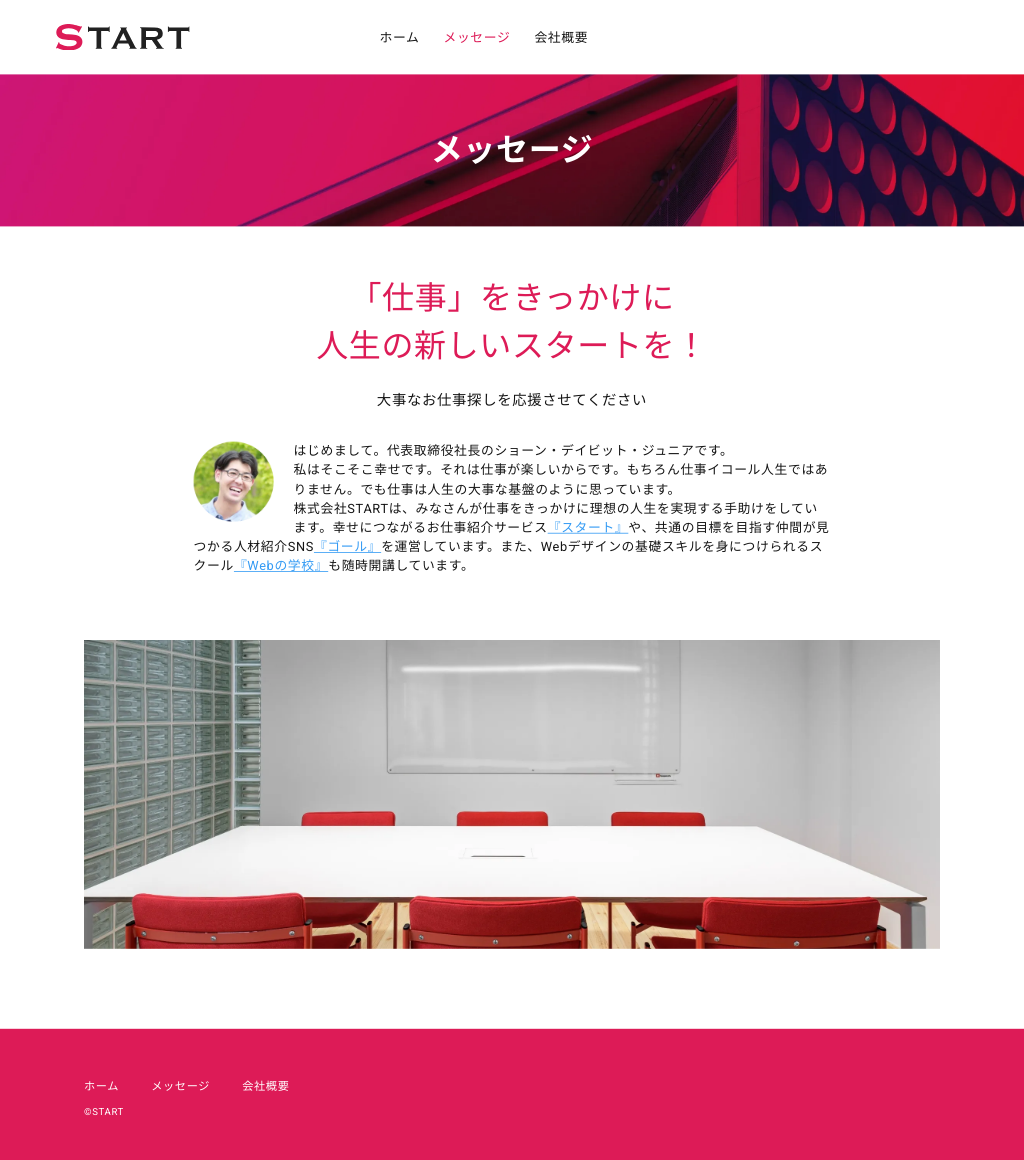
Repository: tetishi/tetishi.github.io
Page: message.html
An editor plug-in stored every save of this project. The page is shown before and after the next save, followed by the edit.
The browser window is 1280 px wide. The pictures show the whole page, at 80% of full size.

Above is the page before, as saved 2023-07-18 23:13:47.

### message.html
<!DOCTYPE html>
<html lang="en">
<head>
    <meta charset="UTF-8">
    <meta http-equiv="X-UA-Compatible" content="IE=edge">
    <meta name="viewport" content="width=device-width, initial-scale=1.0">
    <title>Message</title>
    <!-- <link rel="stylesheet" type="text/css" href="http://yui.yahooapis.com/3.18.1/build/cssreset/cssreset-min.css"> -->
    <link rel="preconnect" href="https://fonts.googleapis.com">
    <link rel="preconnect" href="https://fonts.gstatic.com" crossorigin>
    <link href="https://fonts.googleapis.com/css2?family=Noto+Sans+JP:wght@500;700&family=Roboto:wght@400;700&display=swap" rel="stylesheet">
    <link rel="icon" href="img/favicon.ico">
    <link rel="stylesheet" href="./css/reset.css">
    <link rel="stylesheet" href="./css/message.css">
</head>
<body>
    <header class="header">
        <div class="header-inner">
            <h2 class="nav-title">
                <a href="./index.html">
                    <img class="pc" src="img/logo.svg" alt="STARTのロゴ">
                    <img class="sp" src="img/sp_logo.svg" alt="STARTのロゴ">
                </a>
            </h2>
            <nav class="header-nav">
                <ul class="header-list">
                    <li class="header-item">
                        <a href="./index.html">ホーム</a>
                    </li>
                    <li class="header-item">
                        <a href="./message.html" class="text-red">メッセージ</a>
                    </li>
                    <li class="header-item">
                        <a href="./company.html">会社概要</a>
                    </li>
                </ul>
            </nav>
            <div class="overlay"></div>
            <div class="hamburger-menu">
                <button class="hamburger-btn">
                    <span class="bar bar_top"></span>
                    <span class="bar bar_mid"></span>
                    <span class="bar bar_bottom"></span>
                </button>
            </div>
        </div>
    </header>

    <main>
        <!-- fv -->
        <div class="fv">
            <picture>
                <source srcset="./img/fv.webp" type="image/webp">
                <img src="./img/fv.jpg" alt="STARTの赤いイメージ背景">
            </picture>
            <!-- page-title-wrapper -->
            <div class="page-title-wrapper">
                <h1 class="page-title">メッセージ</h1>
            </div>
        </div>

        <!-- message -->
        <section id="message" class="section-wrapper message-wrapper">
            <div class="section-inner">
                <div class="message-inner">
                    <h2 class="section-title message-title">
                        「仕事」をきっかけに<br>
                        人生の新しいスタートを！
                    </h2>
                    <p class="message-text">大事なお仕事探しを応援させてください</p>
                    <div class="message-container">
                        <picture>
                            <source srcset="img/ceo.webp" type="image/webp">
                            <img src="img/ceo.png" alt="CEO">
                        </picture>
                        <p class="ceo-message">
                            はじめまして。代表取締役社長のショーン・デイビット・ジュニアです。<br>
                            私はそこそこ幸せです。それは仕事が楽しいからです。もちろん仕事イコール人生ではありません。でも仕事は人生の大事な基盤のように思っています。<br>
                            株式会社STARTは、みなさんが仕事をきっかけに理想の人生を実現する手助けをしています。幸せにつながるお仕事紹介サービス<a href="#">『スタート』</a>や、共通の目標を目指す仲間が見つかる人材紹介SNS<a href="#">『ゴール』</a>を運営しています。また、Webデザインの基礎スキルを身につけられるスクール<a href="#">『Webの学校』</a>も随時開講しています。
                        </p>
                    </div>
                    <!-- /.message-container -->
                </div>
            </div>
            <!-- /.section-inner -->
        </section>

        <!-- office -->
        <section class="section-wrapper office-wrapper">
            <div class="section-inner">
                <picture class="office-img">
                    <source srcset="img/office.webp" type="image/webp">
                    <img src="img/office.jpg" alt="赤い椅子と白いテーブルがあるオフィス">
                </picture>
                <picture class="sp-office-img">
                    <source srcset="img/sp_office.webp" type="image/webp">
                    <img src="img/sp_office.jpg" alt="赤い椅子と白いテーブルがあるオフィス">
                </picture>
            </div>
            <!-- /.section-inner -->
        </section>
    </main>


    <footer class="footer">
        <div class="section-inner">
            <nav class="footer-nav">
                <ul class="footer-nav-list">
                    <li class="footer-nav-item"><a href="./index.html">ホーム</a></li>
                    <li class="footer-nav-item"><a href="./message.html">メッセージ</a></li>
                    <li class="footer-nav-item"><a href="./company.html">会社概要</a></li>
                </ul>
            </nav>
            <small>&copy;START</small>
        </div>
    </footer>

    <script src="https://ajax.googleapis.com/ajax/libs/jquery/3.6.0/jquery.min.js"></script>
    <script src="js/script.js"></script>
</body>
</html>

### css/reset.css
/*
html5doctor.com Reset Stylesheet
v1.6.1
Last Updated: 2010-09-17
Author: Richard Clark - http://richclarkdesign.com
Twitter: @rich_clark
*/

* {
    box-sizing: border-box;
}

html,
body,
div,
span,
object,
iframe,
h1,
h2,
h3,
h4,
h5,
h6,
p,
blockquote,
pre,
abbr,
address,
cite,
code,
del,
dfn,
em,
img,
ins,
kbd,
q,
samp,
small,
strong,
sub,
sup,
var,
b,
i,
dl,
dt,
dd,
ol,
ul,
li,
fieldset,
form,
label,
legend,
table,
caption,
tbody,
tfoot,
thead,
tr,
th,
td,
article,
aside,
canvas,
details,
figcaption,
figure,
footer,
header,
hgroup,
menu,
nav,
section,
summary,
time,
mark,
ruby,
audio,
video {
    margin: 0;
    padding: 0;
    border: 0;
    outline: 0;
    font-size: 100%;
    vertical-align: baseline;
    background: transparent;
}

body {
    line-height: 1.5;
}

img {
    width: 100%;
    height: auto;
    object-fit: cover;
}

button {
    background-color: transparent;
    border: none;
    cursor: pointer;
    outline: none;
    padding: 0;
    appearance: none;
}

article,
aside,
details,
figcaption,
figure,
footer,
header,
hgroup,
menu,
nav,
section {
    display: block;
}

nav ul {
    list-style: none;
}

li {
    list-style: none;
}

a {
    margin: 0;
    padding: 0;
    font-size: 100%;
    vertical-align: baseline;
    background: transparent;
}

input,
select {
    vertical-align: middle;
}

/*end reset css*/

### css/message.css
/* base */

html {
    font-size: 62.5%;
}
body {
    font-size: 1.6rem;
    letter-spacing: .05em;
    color: #151515;
    font-family: "Roboto", "Noto Sans JP", Arial, "Hiragino Kaku Gothic ProN", "Hiragino Sans", Meiryo, sans-serif;
}
img {
    vertical-align: bottom;
}
.section-inner {
    max-width: 1110px;
    margin: 0 auto;
    padding: 0 20px;
}
a {
    color: inherit;
    text-decoration: none;
}
.text-red {
    color: #DD1B57;
}
.pc {
    display: block;
}
.sp {
    display: none;
}

/* header */
.header {
    padding: 30px 70px;
    width: 100%;
}

.header a {
    text-decoration: none;
}
.header-inner {
    display: flex;
    justify-content: space-between;
    align-items: center;
}
.header-list {
    display: flex;
}
.header-item {
    margin-right: 30px;
}
.header-item:last-of-type {
    margin-right: 0;
}
.hamburger-btn {
    display: none;
}

/* fv */
.fv {
    height: 190px;
    background-size: cover;
    background-position: center;
    position: relative;
}
.fv img {
    height: 190px;
    object-fit: cover;
}
.page-title-wrapper {
    position: absolute;
    left: 50%;
    top: 50%;
    color: #fff;
    transform: translate(-50%,-50%);
}
.page-title {
    font-size: 4rem;
}

/* message */
.message-wrapper {
    margin: 60px 0 80px 0;
}
.message-inner {
    max-width: 850px;
    margin: 0 auto;
}
.message-title {
    font-size: 4rem;
    text-align: center;
    color: #DD1B57;
    font-weight: normal;
}
.message-text {
    text-align: center;
    font-size: 1.8rem;
    margin: 23px 0 39px;
}
.message-container {
    padding: 0 27px;
}
.message-container img {
    width: 100px;
    height: 100px;
    margin-right: 25px;
    float: left;
}
.ceo-message a {
    text-decoration: underline;
    color: #349BF4;
}

/* office */
.office-wrapper {
    margin-bottom: 100px;
}
.sp-office-img {
    display: none;
}


/* footer */
.footer {
    background-color: #DD1B57;
    color: #fff;
    height: 164px;
}
.footer-nav-list {
    display: flex;
    font-size: 1.4rem;
    padding: 61px 0 9px;
}
.footer-nav-item {
    margin-right: 40px;
}
small {
    font-size: 1.2rem;
    margin-bottom: 50px;
}

@media screen and (max-width: 768px) {
    /* base_sp */
    .section-inner {
        padding: 0 20px;
    }
    .section-title {
        font-size: 3rem;
        margin-bottom: 19px;
    }
    .pc {
        display: none;
    }
    .sp {
        display: block;
    }

    /* header_sp */
    .header {
        padding: 0;
        z-index: 1;
        position: relative;
    }
    .header-inner {
        height: 60px;
    }
    .nav-title {
        padding: 0 0 0 20px;
    }
    .header-nav {
        display: none;
        position: fixed;
        top: 0;
        right: 0;
        width: 50%;
        height: 100vh;
        background-color: #DD1B57;
    }
    .header-list {
        height: 100%;
        flex-direction: column;
        padding: 96px 0 0 40px;
    }
    .text-red {
        color: #fff;
        opacity: .5;
    }
    .header-item {
        margin: 0 0 27px;
        color: #fff;
    }
    .header-item:last-of-type {
        margin-bottom: 0;
    }
    .hamburger-menu {
        display: block
    }
    .hamburger-btn {
        display: block;
        background-color: #DD1B57;
        padding: 0px 16px;
        width: 60px;
        height: 60px;
    }
    .hamburger-btn .bar {
        display: block;
        width: 26px;
        height: 2px;
        background-color: #fff;
        transition: .3s;
        border-radius: 4px;
    }
    .bar_mid,
    .bar_bottom {
        margin-top: 8px;
    }
    .hamburger-btn.cross .bar_top {
        transform: rotate(45deg) translate(7px, 7px);
        transition: .3s;
    }
    .hamburger-btn.cross .bar_middle {
        opacity: 0;
        transition: .3s;
    }
    .hamburger-btn.cross .bar_bottom {
        transform: rotate(-45deg) translate(7px, -7px);
        transition: .3s;
    }
    body.noscroll {
        overflow: hidden;
    }
    .overlay {
        display: none;
    }
    .overlay.active {
        display: block;
        height: 100vh;
        left: 0;
        position: fixed;
        top: 0;
        width: 50%;
    }

    /* fv_sp */
    .fv {
        height: 160px;
    }
    .fv img {
        height: 160px;
    }
    .page-title {
        font-size: 2.8rem;
    }

    /* message_sp */
    .message-wrapper {
        margin: 30px 0 50px 0;
    }
    .message-inner {
        padding: 0px;
    }
    .message-title {
        font-size: 2.4rem;
    }
    .message-text {
        font-size: 1.5rem;
        margin: 20px 0 31px;
    }
    .message-container {
        padding: 0;
    }
    .message-container img {
        margin-right: 15px;
    }
    .ceo-message {
        font-size: 1.5rem;
    }
    .ceo-message a {
        text-decoration: none;
        color: inherit;
    }

    /* office_sp */
    .office-wrapper {
        margin-bottom: 50px;
    }
    .sp-office-img {
        display: block;
    }
    .office-img {
        display: none;
    }

    /* footer_sp */
    .footer {
        height: 119px;
    }
    .footer-nav-list {
        font-size: 1.2rem;
        padding: 41px 0 9px;
    }
    .footer-nav-item {
        margin-right: 25px;
    }
    small {
        font-size: 1rem;
        margin-bottom: 29px;
    }
}

### js/script.js
//ハンバーガーボタン
$('.hamburger-menu').on('click', function() {
    $('.header-nav').fadeToggle(300);
    $('.hamburger-btn').toggleClass('cross');
    $('body').toggleClass('noscroll');

    if($('.hamburger-btn').hasClass('cross')) {
        $('.overlay').toggleClass('active');
        $('.overlay').on('click', function() {
            $('.header-nav').fadeOut(300);
            $('.hamburger-btn').removeClass('cross');
            $('body').removeClass('noscroll');
            $('.overlay').removeClass('active');
        })
    }
});

After the next save:
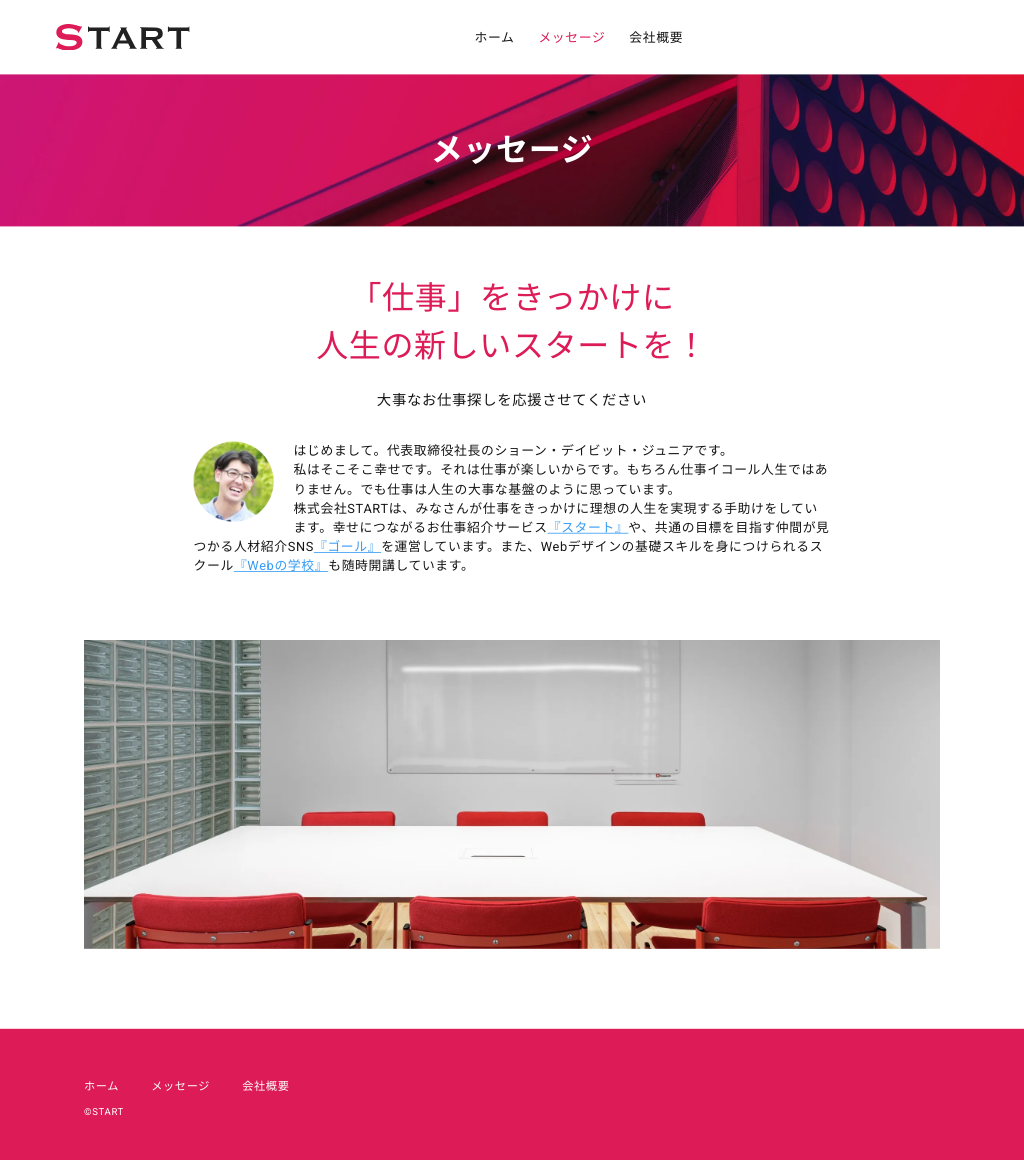
Saved 21 s later.
--- a/css/message.css
+++ b/css/message.css
@@ -55,6 +55,9 @@ a {
     margin-right: 0;
 }
 .hamburger-btn {
+    display: none;
+}
+.hamburger-menu {
     display: none;
 }
 
